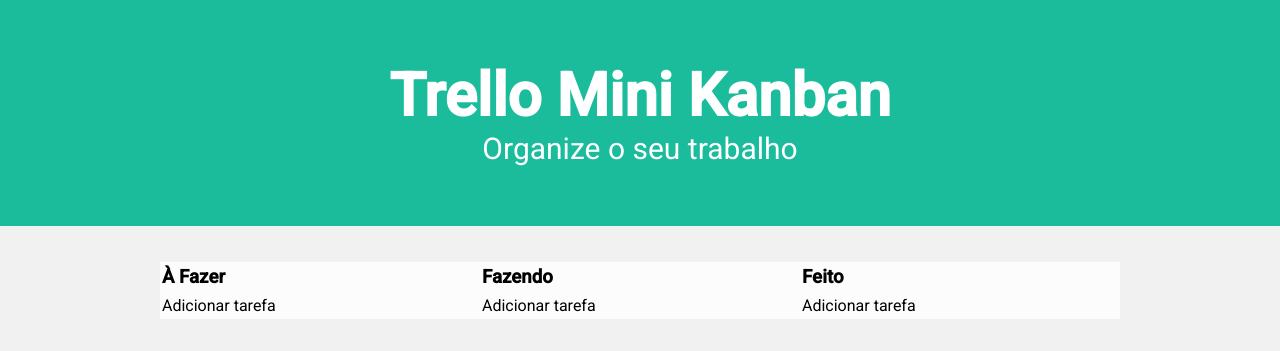
Repository: douglasabnovato/byteclass
Page: trello-mini-kanban/index.html
The author's editor kept a copy of each file at every save. The page is drawn from the files as they stood at one save, then again after the next save.
The browser window is 1280 px wide. The pictures show the whole page.

Above is the page before, as saved 2025-07-31 21:05:55.

### trello-mini-kanban/index.html
<!DOCTYPE html>
<html>
  <head>
    <meta charset="UTF-8" />
    <meta http-equiv="X-UA-Compatible" content="IE=edge" />
    <meta name="viewport" content="width=device-width, initial-scale=1.0" />
    <link
      rel="stylesheet"
      href="https://cdnjs.cloudflare.com/ajax/libs/font-awesome/4.7.0/css/font-awesome.min.css"
    />
    <title>Trello Mini Kanban</title>
    <link rel="stylesheet" href="./style.css" />
  </head>

  <body>
    <div id="home" class="container content" >
      <header>
        <h1>Trello Mini Kanban</h1>
        <p>Organize o seu trabalho</p>
      </header>

      <main>
        <div class="board">
          <h3 class="title">À Fazer</h3>
          <ul
            id="a-fazer"
            class="todo-list"
            ondrop="drop(event, this.id)"
            ondragover="over(event)"
          ></ul>
          <div class="add-card" onclick="addCard(this)">
            <p>Adicionar tarefa</p>
          </div>
        </div>

        <div class="board">
          <h3 class="title">Fazendo</h3>
          <ul
            id="fazendo"
            class="todo-list"
            ondrop="drop(event, this.id)"
            ondragover="over(event)"
          ></ul>
          <div class="add-card" onclick="addCard(this)">
            <p>Adicionar tarefa</p>
          </div>
        </div>

        <div class="board">
          <h3 class="title">Feito</h3>
          <ul
            id="feito"
            class="todo-list"
            ondrop="drop(event, this.id)"
            ondragover="over(event)"
          ></ul>
          <div class="add-card" onclick="addCard(this)">
            <p>Adicionar tarefa</p>
          </div>
        </div>
      </main>
    </div>

    <script src="./script.js"></script>
  </body>
</html>

### trello-mini-kanban/style.css
@import url("https://fonts.googleapis.com/css2?family=Roboto:wght@100;300;400;500&display=swap");

* {
  box-sizing: border-box;
  margin: 0;
}

body {
  background-color: #f1f1f1;
  font-family: "Roboto", sans-serif;
}

header {
  padding: 60px;
  text-align: center;
  background: #1abc9c;
  color: white;
  font-size: 30px;
}

main {
  display: flex;
  flex-wrap: wrap;
  justify-content: center;
  padding-block: 36px;
}

.board {
  display: flex;
  flex-direction: column;
  gap: 4px;
  padding-block: 4px;
  padding-inline: 2px;
  width: 320px;
  background-color: rgba(255, 255, 255, 0.8);
}

/*

.board .title {
  background-color: lightcoral;
  color: white;
  margin: 0;
  text-align: center;
  font-size: 24px;
  font-weight: 400;
}

.board ul {
  list-style-type: none;
  min-height: 330px;
  padding: 2px;
  display: flex;
  flex-wrap: wrap;
  align-content: flex-start;
}

.board li {
  background-color: white;
  box-shadow: 2px 2px rgba(0, 0, 0, 0.2);
  border-radius: 4px;
  min-width: 100px;
  height: 40px;
  display: flex;
  justify-content: space-between;
  margin: 4px 10px;
  padding: 8px;
  display: flex;
  align-items: center;
}

.board li:hover {
  cursor: move;
  background-color: rgba(200, 200, 200, 0.5);
  box-shadow: 2px 2px rgba(0, 0, 0, 0.4);
}

.board .todo-list .remove {
  width: 16px;
  height: 16px;
  border-radius: 50%;
  text-align: center;
  font-size: 12px;
  color: #c3c3c3;
}

.board .todo-list .remove:hover {
  cursor: pointer;
  background-color: lightcoral;
}

.board .add-card {
  background-color: rgba(200, 200, 200, 0.8);
  border-radius: 2px;
  box-shadow: 2px 2px rgba(0, 0, 0, 0.2);
  margin: 4px 4px;
}

.board .add-card:hover {
  background-color: rgba(192, 182, 182, 0.95);
  cursor: pointer;
  box-shadow: 2px 2px rgba(0, 0, 0, 0.4);
}

.board .add-card p {
  font-size: 16px;
  padding: 15px 10px;
  font-weight: 100;
}
*/

### trello-mini-kanban/script.js

// function addCard(element) {
//   const ulId = element.previousElementSibling.id;
//   const text = prompt("Qual é a tarefa?");
//   const board = document.getElementById(ulId);

//   const template = `
//     <li id="${new Date().getTime()}" draggable="true" ondragstart="drag(event)">
//         <p>${text}</p>
//         <p class="remove" onclick="removeCard(this)">x</p>
//     </li>
//   `;

//   board.innerHTML += template;
// }

// /* remover uma tarefa */
// function removeCard(element) {
//   document.getElementById(element.parentElement.id).remove();
// }

// /* arrastar uma tarefa entre os quadros */
// function drag(event) {
//   event.dataTransfer.setData("card", event.target.id);
// }

// function over(event) {
//   event.preventDefault();
// }

// function drop(event, id) {
//   event.preventDefault();

//   const target = document.getElementById(id);
//   const data = event.dataTransfer.getData("card");
//   const card = document.getElementById(data);

//   target.appendChild(card);
//   event.dataTransfer.clearData();
// }

After the next save:
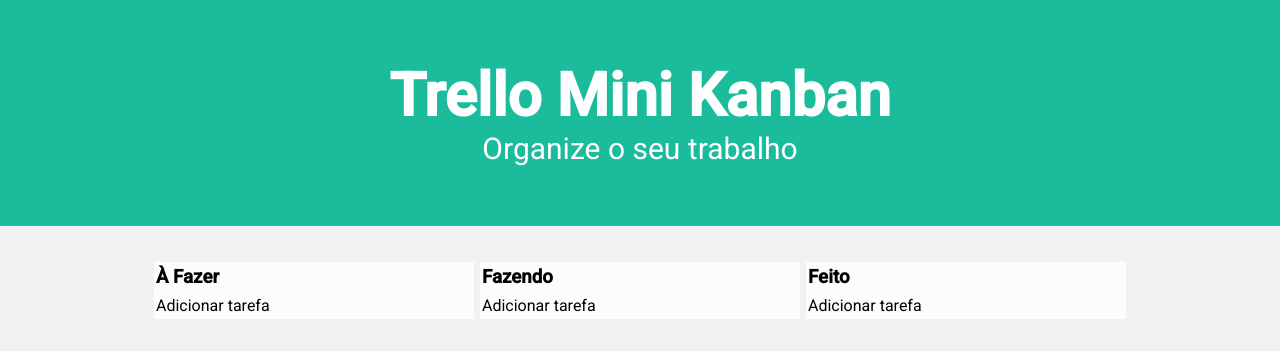
Saved 10 s later.
--- a/trello-mini-kanban/style.css
+++ b/trello-mini-kanban/style.css
@@ -23,6 +23,7 @@
   flex-wrap: wrap;
   justify-content: center;
   padding-block: 36px;
+  gap: 6px;
 }
 
 .board {
